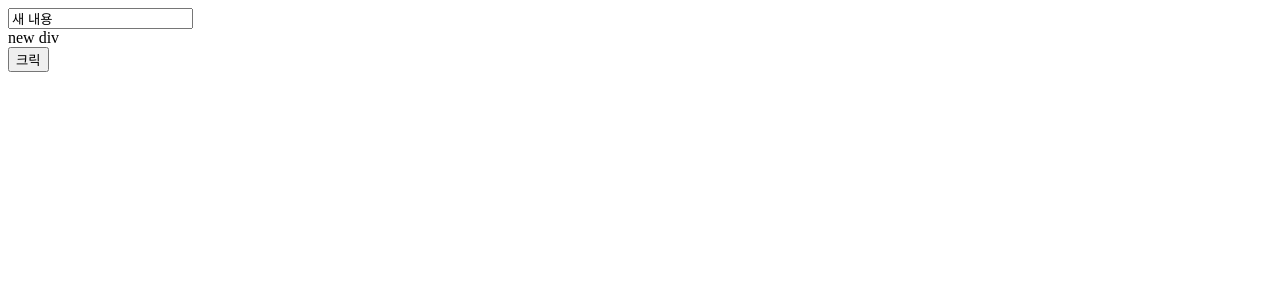
Repository: mvcfvsgdj/javaee
Page: ajaxPrj_09_6/src/main/webapp/jquery3.html
The author's editor kept a copy of each file at every save. The page is drawn from the files as they stood at one save, then again after the next save.
The browser window is 1280 px wide. The pictures show the whole page.
After loading, the first visible `button` was clicked once.

Above is the page before, as saved 2023-09-06 01:36:44.

### ajaxPrj_09_6/src/main/webapp/jquery3.html
<!DOCTYPE html>
<html>

<head>
	<meta charset="UTF-8">
	<title>Insert title here</title>
</head>
<script src="https://ajax.googleapis.com/ajax/libs/jquery/3.7.0/jquery.min.js">

</script>

<script>
	function check() {
		//document.getElementById("userid")
		//document.querySelector("")
		//document.querySelector("")
		//document.querySelector("").innerHTML = "새내용"

		//jquery 선택자로 태그 선택후 속성값 얻어오기,변겨앟기
		let useridT = $("#userid");
		alert(useridT);
		let contents = $("#userid").val();
		alert(contents);
		$("#userid").val("새 내용");


		let contents2 = $("#wrap").html();
		alert(contents2);
		$("#wrap").html("new div");
	}
</script>

<body>
	<input type="text" id="userid" value="test">
	<div id="wrap">div 내용</div>
	<button onclick="check()">크릭</button>
</body>

</html>

After the next save:
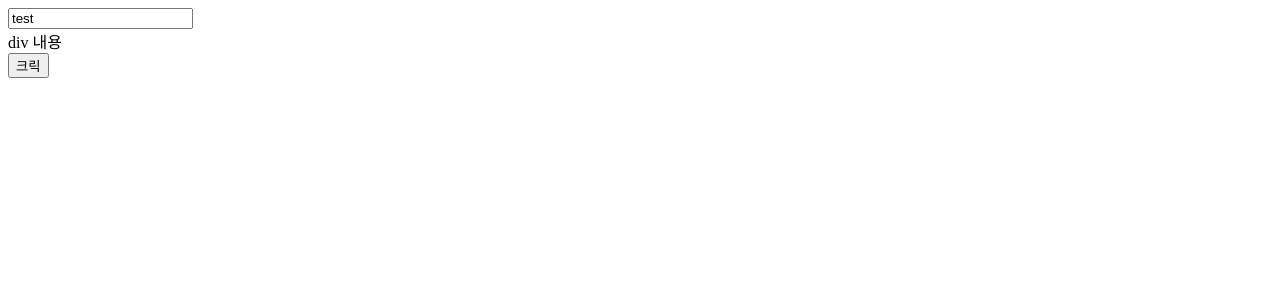
Console error: SyntaxError: Unexpected end of input
Saved 7 min 33 s later.
--- a/ajaxPrj_09_6/src/main/webapp/jquery3.html
+++ b/ajaxPrj_09_6/src/main/webapp/jquery3.html
@@ -9,31 +9,18 @@
 
 </script>
 
-<script>
-	function check() {
-		//document.getElementById("userid")
-		//document.querySelector("")
-		//document.querySelector("")
-		//document.querySelector("").innerHTML = "새내용"
-
-		//jquery 선택자로 태그 선택후 속성값 얻어오기,변겨앟기
-		let useridT = $("#userid");
-		alert(useridT);
-		let contents = $("#userid").val();
-		alert(contents);
-		$("#userid").val("새 내용");
-
-
-		let contents2 = $("#wrap").html();
-		alert(contents2);
-		$("#wrap").html("new div");
-	}
-</script>
 
 <body>
 	<input type="text" id="userid" value="test">
 	<div id="wrap">div 내용</div>
 	<button onclick="check()">크릭</button>
+
+
+	<script>
+	function check() {
+
+</script>
+
 </body>
 
 </html>
